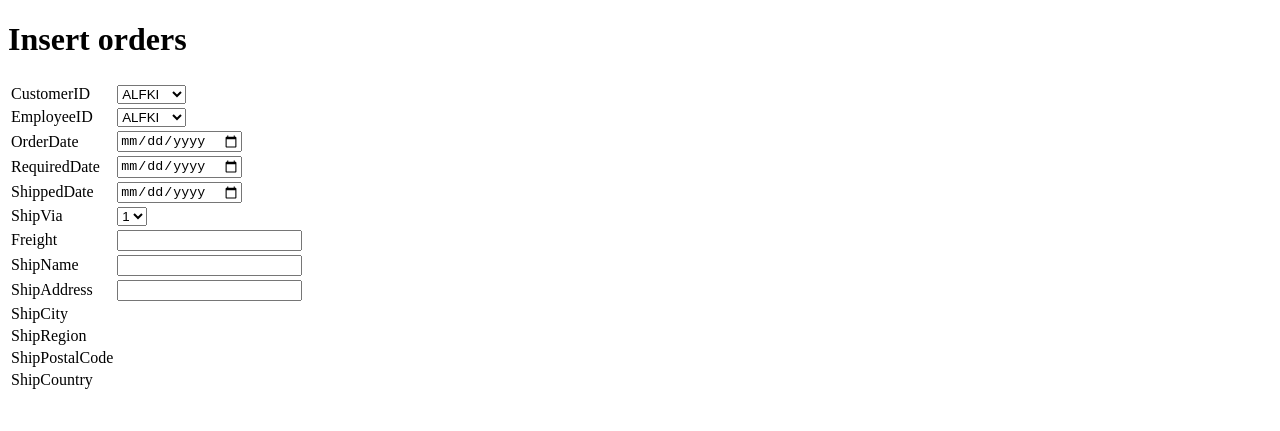
Repository: kaza1509/PRJ301
Page: SE1613/web/addOrder.html
The author's editor kept a copy of each file at every save. The page is drawn from the files as they stood at one save, then again after a run of saves.
The browser window is 1280 px wide. The pictures show the whole page.

Above is the page before, as saved 2022-01-21 11:26:44.

### SE1613/web/addOrder.html
<!DOCTYPE html>
<html lang="en">
    <head>
        <meta charset="UTF-8">
        <meta http-equiv="X-UA-Compatible" content="IE=edge">
        <meta name="viewport" content="width=device-width, initial-scale=1.0">
        <title>Insert orders</title>
    </head>
    <body>
        <form action="" method="post">
            <table>
                <tr>
                    <h1>Insert orders</h1>
                </tr>
                <tr>
                    <td>CustomerID</td>
                    <td>
                        <select name="customerId">
                            <option value="ALFKI">ALFKI</option>
                            <option value="ANATR">ANATR</option>
                            <option value="ANTON">ANTON</option>
                            <option value="AROUT">AROUT</option>
                        </select>
                    </td>
                </tr>
                <tr>
                    <td>EmployeeID</td>
                    <td>
                        <select name="employeeId">
                            <option value="1">ALFKI</option>
                            <option value="2">ANATR</option>
                            <option value="3">ANTON</option>
                            <option value="3">AROUT</option>
                        </select>
                    </td>
                </tr>
                <tr>
                    <td>OrderDate</td>
                    <td>
                        <input type="date" name="orderDate">
                    </td>
                </tr>
                <tr>
                    <td>RequiredDate</td>
                    <td>
                        <input type="date" name="requiredDate">
                    </td>
                </tr>
                <tr>
                    <td>ShippedDate</td>
                    <td>
                        <input type="date" name="shippedDate">
                    </td>
                </tr>
                <tr>
                    <td>ShipVia</td>
                    <td>
                        <select name="shipVia">
                            <option value="1">1</option>
                            <option value="2">2</option>
                            <option value="3">3</option>
                        </select>
                    </td>
                </tr>
                <tr>
                    <td>Freight</td>
                    <td>
                        <input type="number" name="freight" step="0.01">
                    </td>
                </tr>
                <tr>
                    <td>ShipName</td>
                    <td>
                        <input type="text" name="shipName">
                    </td>
                </tr>
                <tr>
                    <td>ShipAddress</td>
                    <td>
                        <input type="text" name="shipAddress">
                    </td>
                </tr>
                <tr>
                    <td>ShipCity</td>
                    <td>

                    </td>
                </tr>
                <tr>
                    <td>ShipRegion</td>
                    <td></td>
                </tr>
                <tr>
                    <td>ShipPostalCode</td>
                    <td></td>
                </tr>
                <tr>
                    <td>ShipCountry</td>
                    <td></td>
                </tr>
            </table>
        </form>
    </body>
</html>

After the next 4 saves:
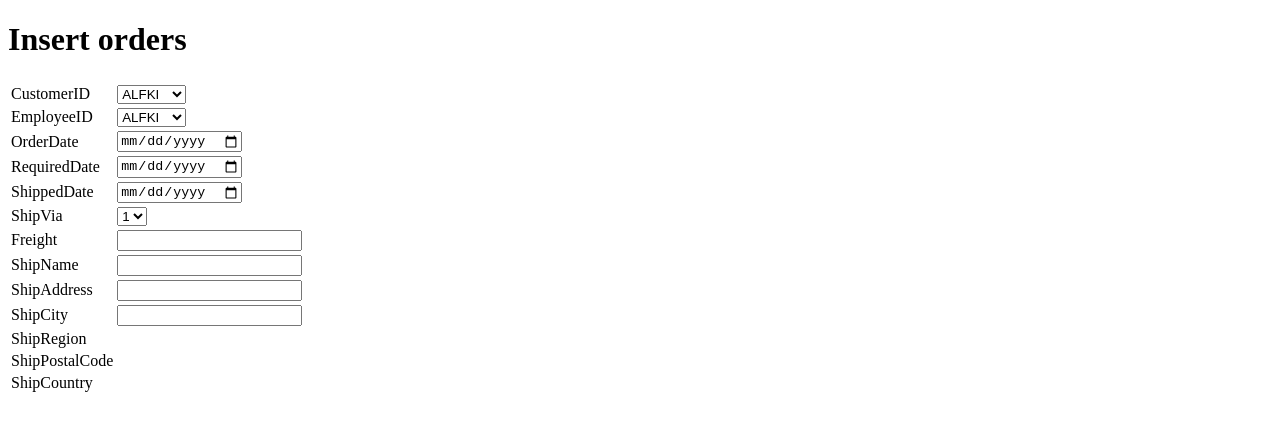
The 4 saves are shown as one change because they came seconds apart.
The last was saved 13 s later.
--- a/SE1613/web/addOrder.html
+++ b/SE1613/web/addOrder.html
@@ -83,12 +83,14 @@
                 <tr>
                     <td>ShipCity</td>
                     <td>
-
+                        <input type="text" name="shipCity">
                     </td>
                 </tr>
                 <tr>
                     <td>ShipRegion</td>
-                    <td></td>
+                    <td>
+
+                    </td>
                 </tr>
                 <tr>
                     <td>ShipPostalCode</td>
